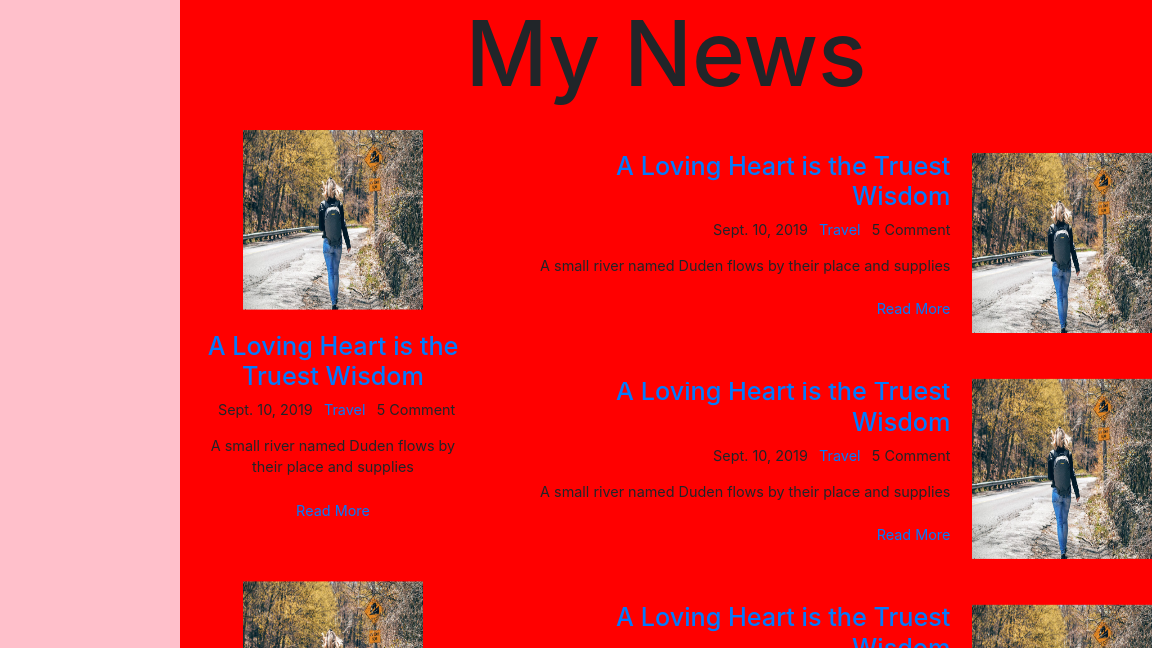
Repository: tts2610/GoogleNews
Page: index.html
These files come from the project's save history. The page is drawn as it stood at one moment and after the next save; the edit follows.
The browser window is 1280 px wide. The page is 1280 px wide, then 1295 px, so the pictures cover 1295 px, including what lies to the right of the window. The pictures show the whole page, at 90% of full size.
An inner scrolling area shows only its first screen.

Above is the page before, as saved 2020-05-20 14:19:43.

### index.html
<!DOCTYPE html>
<html lang="en">

<head>
    <meta charset="UTF-8">
    <meta name="viewport" content="width=device-width, initial-scale=1.0">
    <title>Document</title>
    <link rel="stylesheet" href="https://maxcdn.bootstrapcdn.com/bootstrap/4.4.1/css/bootstrap.min.css">

    <!-- jQuery library -->
    <script src="https://ajax.googleapis.com/ajax/libs/jquery/3.5.1/jquery.min.js"></script>

    <!-- Popper JS -->
    <script src="https://cdnjs.cloudflare.com/ajax/libs/popper.js/1.16.0/umd/popper.min.js"></script>

    <!-- Latest compiled JavaScript -->
    <script src="https://maxcdn.bootstrapcdn.com/bootstrap/4.4.1/js/bootstrap.min.js"></script>
    <link rel="stylesheet" href="css/style.css">

    <link href="https://unpkg.com/aos@2.3.1/dist/aos.css" rel="stylesheet">
</head>

<body>
    <div class="myContainer">
        <div class="sidenav"></div>
        <div class="content" id="myContent">
            <div class="content-header mb-4">
                <h1 style="font-size: 100px; text-align: center;">My News</h1>
            </div>
            <div class="row" data-aos="fade-up" data-aos-duration="1000">
                <div class="col-4 d-flex">
                    <div class="blog-entry-left">
                        <div>
                            <img src="img/image_8.jpg" width="200" height="200">
                        </div>
                        <div class="text p-4" style="text-align: center;">
                            <h3 class="mb-2"><a href="single.html">A Loving Heart is the Truest Wisdom</a></h3>
                            <div class="meta-wrap">
                                <p class="meta">
                                    <span><i class="icon-calendar mr-2"></i>Sept. 10, 2019</span>
                                    <span><a href="single.html"><i class="icon-folder-o mr-2"></i>Travel</a></span>
                                    <span><i class="icon-comment2 mr-2"></i>5 Comment</span>
                                </p>
                            </div>
                            <p class="mb-4">A small river named Duden flows by their place and supplies</p>
                            <p><a href="#" class="btn-custom">Read More <span class="ion-ios-arrow-forward"></span></a></p>
                        </div>
                    </div>
                </div>
                <div class="col-8 d-flex">
                    <div class="row">
                        <div class="col-md-12">
                            <div class="blog-entry ftco-animate d-md-flex align-items-center">
                                <div class="text text-2 text-md-right p-4">
                                    <h3 class="mb-2"><a href="single.html">A Loving Heart is the Truest Wisdom</a></h3>
                                    <div class="meta-wrap">
                                        <p class="meta">
                                            <span><i class="icon-calendar mr-2"></i>Sept. 10, 2019</span>
                                            <span><a href="single.html"><i class="icon-folder-o mr-2"></i>Travel</a></span>
                                            <span><i class="icon-comment2 mr-2"></i>5 Comment</span>
                                        </p>
                                    </div>
                                    <p class="mb-4">A small river named Duden flows by their place and supplies</p>
                                    <p><a href="#" class="btn-custom">Read More <span class="ion-ios-arrow-forward"></span></a></p>
                                </div>
                                <div class="news-img"><img src="img/image_8.jpg" width="200" height="200"></div>
                            </div>
                        </div>
                        <div class="col-md-12">
                            <div class="blog-entry ftco-animate d-md-flex align-items-center">
                                <div class="text text-2 text-md-right p-4">
                                    <h3 class="mb-2"><a href="single.html">A Loving Heart is the Truest Wisdom</a></h3>
                                    <div class="meta-wrap">
                                        <p class="meta">
                                            <span><i class="icon-calendar mr-2"></i>Sept. 10, 2019</span>
                                            <span><a href="single.html"><i class="icon-folder-o mr-2"></i>Travel</a></span>
                                            <span><i class="icon-comment2 mr-2"></i>5 Comment</span>
                                        </p>
                                    </div>
                                    <p class="mb-4">A small river named Duden flows by their place and supplies</p>
                                    <p><a href="#" class="btn-custom">Read More <span class="ion-ios-arrow-forward"></span></a></p>
                                </div>
                                <div class="news-img"><img src="img/image_8.jpg" width="200" height="200"></div>
                            </div>
                        </div>
                    </div>
                </div>
            </div>

            <div class="row" data-aos="fade-up" data-aos-duration="1000">
                <div class="col-4 d-flex">
                    <div class="blog-entry-left">
                        <div>
                            <img src="img/image_8.jpg" width="200" height="200">
                        </div>
                        <div class="text p-4" style="text-align: center;">
                            <h3 class="mb-2"><a href="single.html">A Loving Heart is the Truest Wisdom</a></h3>
                            <div class="meta-wrap">
                                <p class="meta">
                                    <span><i class="icon-calendar mr-2"></i>Sept. 10, 2019</span>
                                    <span><a href="single.html"><i class="icon-folder-o mr-2"></i>Travel</a></span>
                                    <span><i class="icon-comment2 mr-2"></i>5 Comment</span>
                                </p>
                            </div>
                            <p class="mb-4">A small river named Duden flows by their place and supplies</p>
                            <p><a href="#" class="btn-custom">Read More <span class="ion-ios-arrow-forward"></span></a></p>
                        </div>
                    </div>
                </div>
                <div class="col-8 d-flex">
                    <div class="row">
                        <div class="col-md-12">
                            <div class="blog-entry ftco-animate d-md-flex align-items-center">
                                <div class="text text-2 text-md-right p-4">
                                    <h3 class="mb-2"><a href="single.html">A Loving Heart is the Truest Wisdom</a></h3>
                                    <div class="meta-wrap">
                                        <p class="meta">
                                            <span><i class="icon-calendar mr-2"></i>Sept. 10, 2019</span>
                                            <span><a href="single.html"><i class="icon-folder-o mr-2"></i>Travel</a></span>
                                            <span><i class="icon-comment2 mr-2"></i>5 Comment</span>
                                        </p>
                                    </div>
                                    <p class="mb-4">A small river named Duden flows by their place and supplies</p>
                                    <p><a href="#" class="btn-custom">Read More <span class="ion-ios-arrow-forward"></span></a></p>
                                </div>
                                <div class="news-img"><img src="img/image_8.jpg" width="200" height="200"></div>
                            </div>
                        </div>
                        <div class="col-md-12">
                            <div class="blog-entry ftco-animate d-md-flex align-items-center">
                                <div class="text text-2 text-md-right p-4">
                                    <h3 class="mb-2"><a href="single.html">A Loving Heart is the Truest Wisdom</a></h3>
                                    <div class="meta-wrap">
                                        <p class="meta">
                                            <span><i class="icon-calendar mr-2"></i>Sept. 10, 2019</span>
                                            <span><a href="single.html"><i class="icon-folder-o mr-2"></i>Travel</a></span>
                                            <span><i class="icon-comment2 mr-2"></i>5 Comment</span>
                                        </p>
                                    </div>
                                    <p class="mb-4">A small river named Duden flows by their place and supplies</p>
                                    <p><a href="#" class="btn-custom">Read More <span class="ion-ios-arrow-forward"></span></a></p>
                                </div>
                                <div class="news-img"><img src="img/image_8.jpg" width="200" height="200"></div>
                            </div>
                        </div>
                    </div>
                </div>
            </div>


        </div>
    </div>

    <script src="js/script.js"></script>
    <script src="https://unpkg.com/aos@2.3.1/dist/aos.js"></script>
    <script>
        AOS.init();
    </script>
</body>

</html>

### css/style.css
body {
    margin: 0
}

.myContainer {
    display: flex;
    justify-content: start;
}

.sidenav {
    position: absolute;
    top: 0;
    left: 0;
    bottom: 0;
    width: 200px;
    background-color: pink;
}

.content {
    position: absolute;
    top: 0;
    left: 200px;
    right: 0;
    bottom: 0;
    overflow: auto;
    background-color: red;
    /* overflow-y: scroll; */
}

.blog-entry-left {
    display: flex;
    flex-direction: column;
    align-items: center;
}

Loaded but not shown: js/script.js (common file)

After the next save:
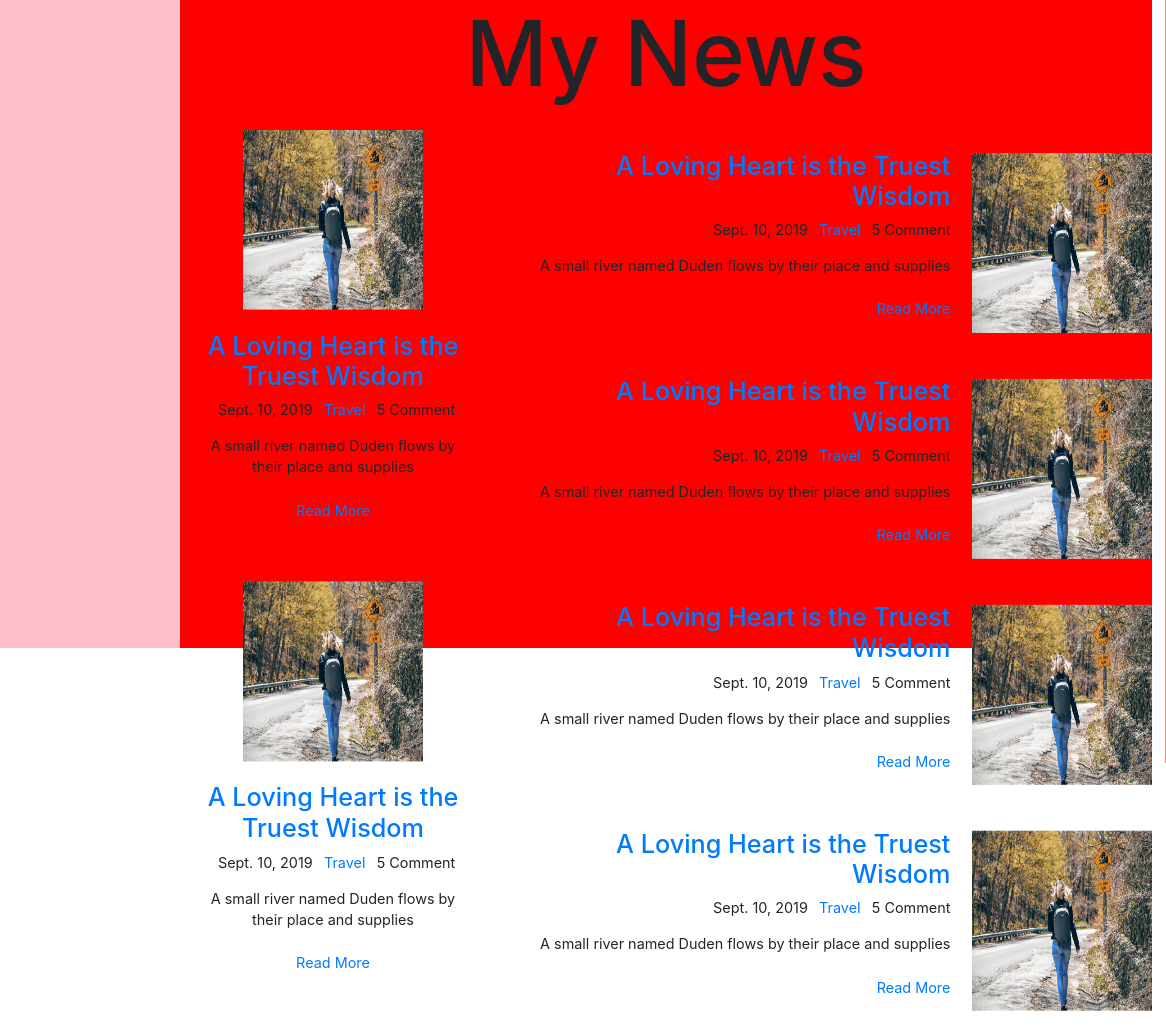
Saved 19 s later.
--- a/css/style.css
+++ b/css/style.css
@@ -22,7 +22,7 @@ body {
     left: 200px;
     right: 0;
     bottom: 0;
-    overflow: auto;
+    /* overflow: auto; */
     background-color: red;
     /* overflow-y: scroll; */
 }
